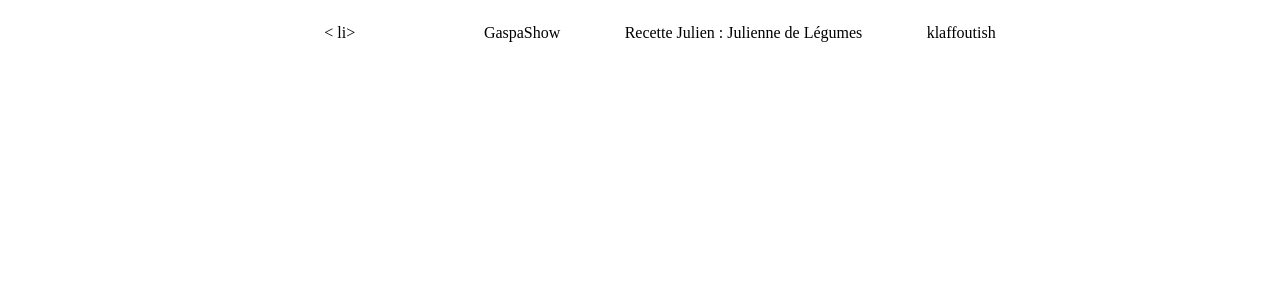
Repository: klevish/marmitonade.github.io
Page: index.html
These files come from the project's save history. The page is drawn as it stood at one moment and after a run of saves; the edit follows.
The browser window is 1280 px wide. The pictures show the whole page.

Above is the page before, as saved 2022-06-13 16:54:19.

After the next 6 saves:
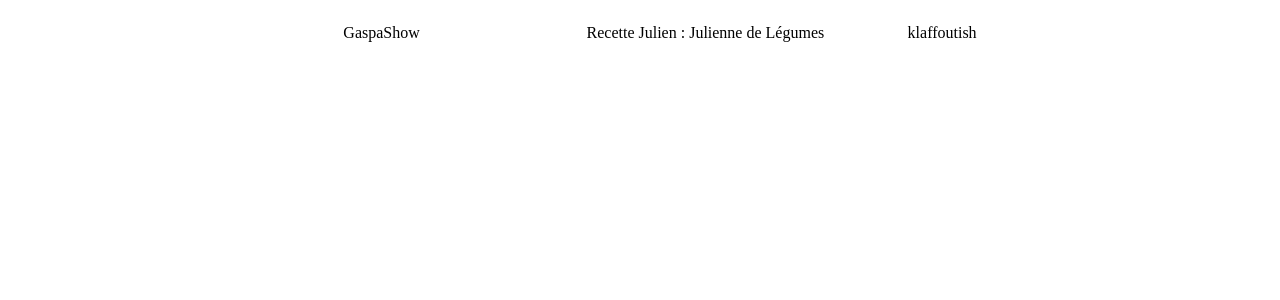
The 6 saves are shown as one change because they came seconds apart.
The last was saved 16 s later.
--- a/index.html
+++ b/index.html
@@ -12,8 +12,8 @@
 <body>
     <nav>
         <ul>
-<           li><a href=""></a></li>
-            <li href="gaspacho.html">GaspaShow</li>
+            <li><a href="gaspacho.html"></a>GaspaShow</li>
+            <li href=""></li>
             <li href="julienne_de_legumes.html">Recette Julien : Julienne de Légumes</li>
             <li href="klaffoutish.html">klaffoutish</li>
         </ul>
